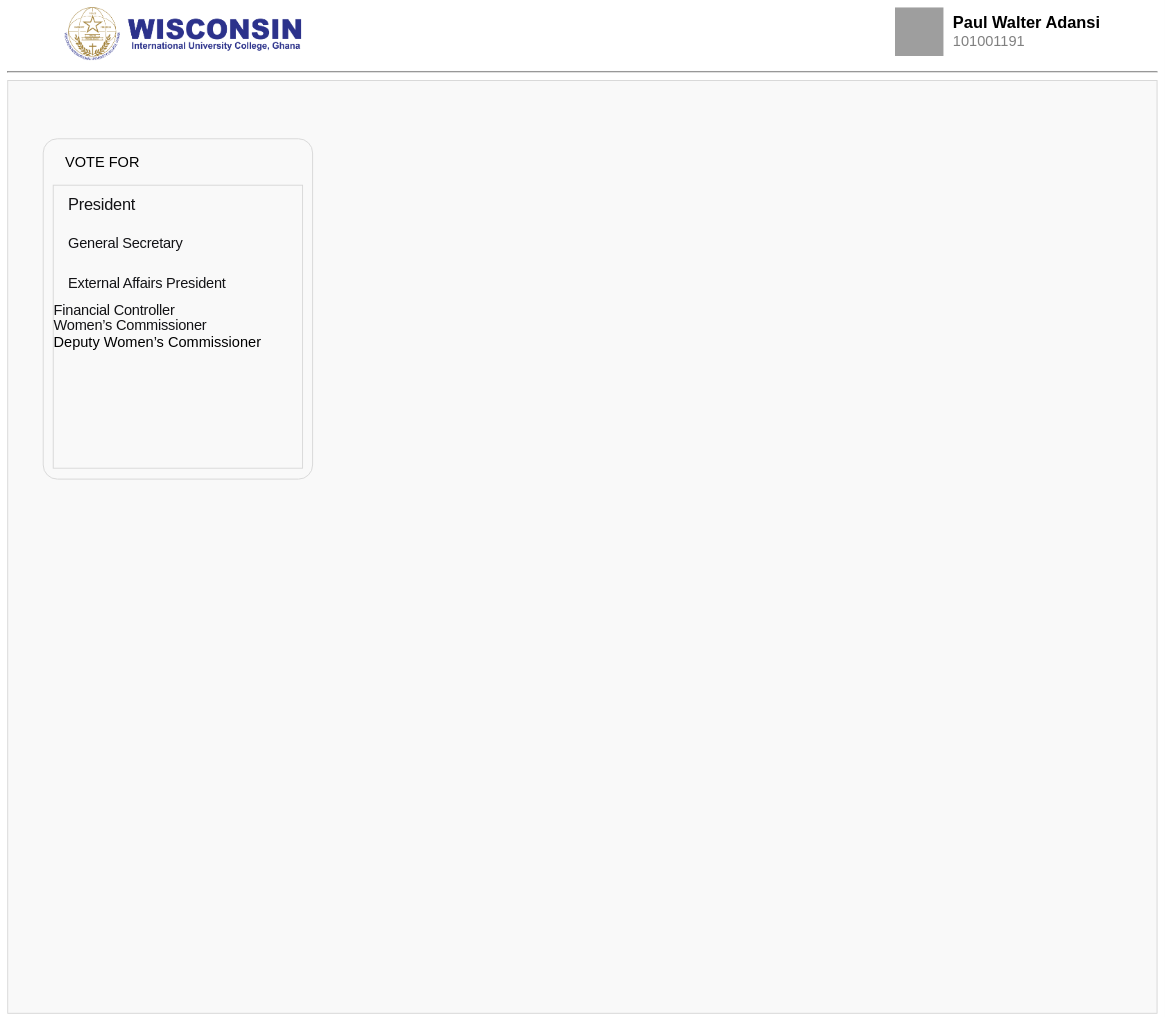
Repository: exe-walt/Voting-System-Project
Page: new.html
The author's editor kept a copy of each file at every save. The page is drawn from the files as they stood at one save, then again after the next save.
The browser window is 1280 px wide. The pictures show the whole page, at 91% of full size.
Pictures or frames that could not be fetched are drawn as grey boxes.

Above is the page before, as saved 2025-04-01 14:56:01.

After the next save:
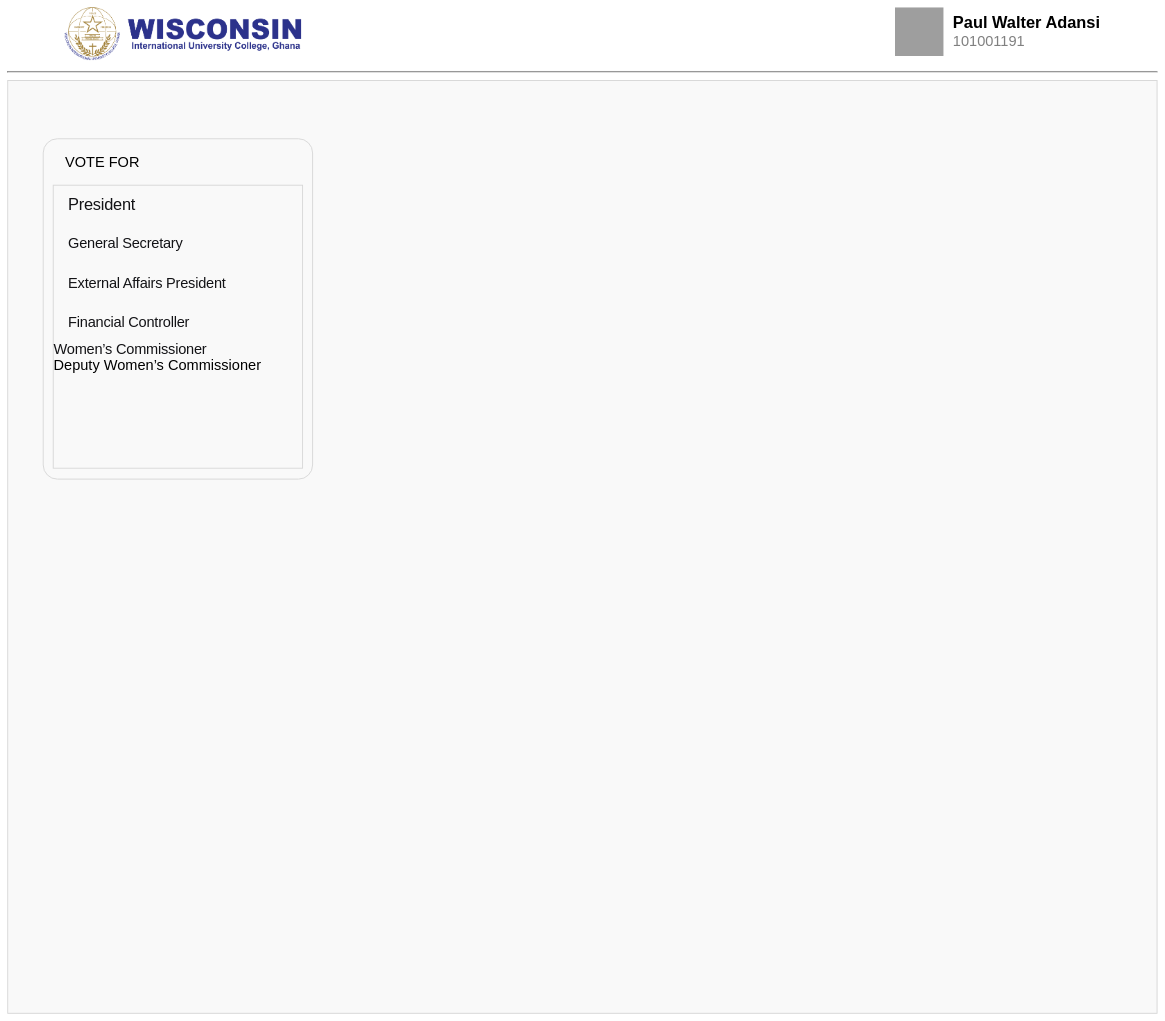
Saved 10 s later.
--- a/new.css
+++ b/new.css
@@ -165,7 +165,7 @@
 }
 
 /* Financial Controller */
-.exploration .div-fincont {
+.div-fincont {
   display: flex;
   align-items: center;
   gap: 10px;
